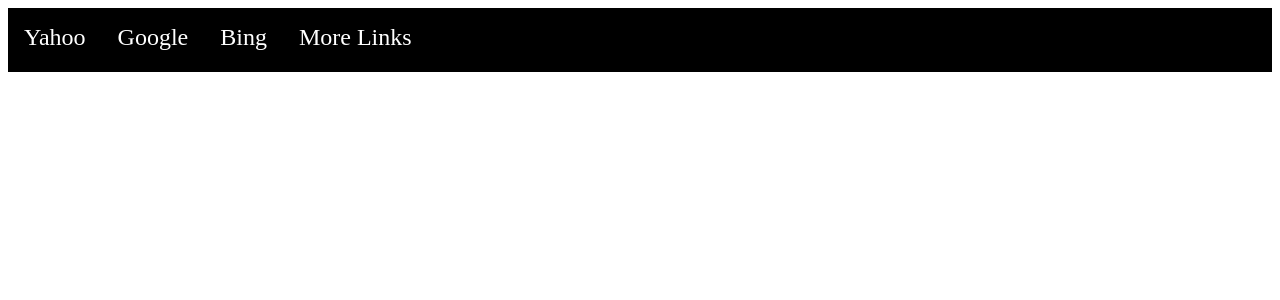
Repository: brody-toth/brody-toth.github.io
Page: index.html
The author's editor kept a record of every edit. The page is drawn from the files as they stood at one moment, then again after the next edit.
The browser window is 1280 px wide. The pictures show the whole page.

Above is the page before.

### index.html
<!DOCTYPE html>

<html>

    <head>
        <title>repl.it</title>

        <style type="text/css">
            .navbar{
                background-color: black;
                width: 100%;
                height: 64px;
            }
            .navbar a:hover, .morelinks:hover{
                background-color: darkgray;
            }

            .dropdown:hover .dropdown-content{
                display: block;
            }

            .dropdown-content{
                display: none;
                position: absolute;
                z-index: 1;
            }
            .dropdown{
                background-color: black;
                color: white;
                float: left;
            }

            .navbar a, .morelinks{
                color: white;
                text-decoration: none;
                font-size: 24px;
                float: left;
                padding: 16px;
            }
            .morelinks{

            }

            .dropdown-content a{
                float: none;
                display: block;
            }
        </style>
    </head>

    <body>
        <div class="navbar">
            <a href="https://www.yahoo.com">Yahoo</a>
            <a href="https://www.google.com">Google</a>
            <a href="https://www.bing.com">Bing</a>

            <div class="dropdown">
                <div class="morelinks">More Links</div>
                <div class="dropdown-content">
                    <a href="https://www.awseducate.com">AWS Educate</a>
                    <a href="https://www/collegeboard.org">College Board</a>
                </div>
            </div>

        </div>
    </body>

</html>

After the next edit:
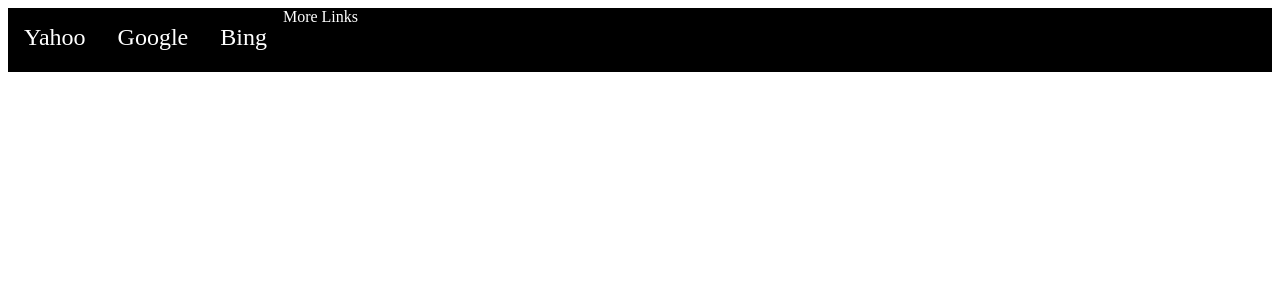
The edit:
--- a/index.html
+++ b/index.html
@@ -30,7 +30,7 @@
                 float: left;
             }
 
-            .navbar a, .morelinks{
+            .navbar a{
                 color: white;
                 text-decoration: none;
                 font-size: 24px;

After the edit that followed:
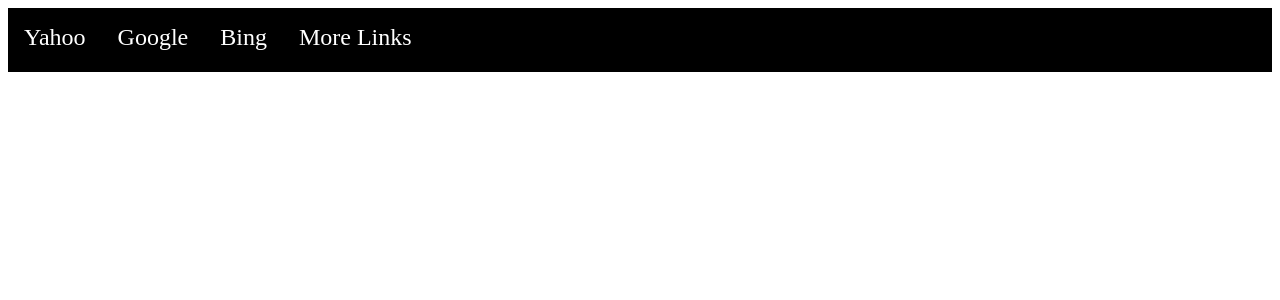
The edit:
--- a/index.html
+++ b/index.html
@@ -38,7 +38,10 @@
                 padding: 16px;
             }
             .morelinks{
-
+                color: white;
+                text-decoration: none;
+                font-size: 24px;
+                padding: 16px;
             }
 
             .dropdown-content a{
